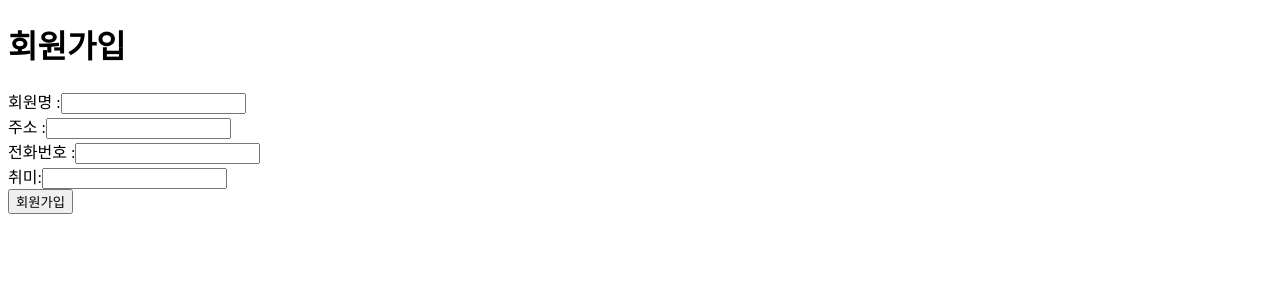
Repository: ssookkdduugg/jsp
Page: http://localhost/Hello/memReg.jsp
These files come from the project's save history. The page is drawn as it stood at one moment and after the next save; the edit follows.
The browser window is 1280 px wide. The pictures show the whole page.
The page is served by Tomcat 9. Other server files are loaded and not shown.

Above is the page before, as saved 2023-09-19 05:21:34.

### Hello/src/main/webapp/memReg.jsp
<%@ page language="java" contentType="text/html; charset=UTF-8"
    pageEncoding="UTF-8"%>
<!DOCTYPE html>
<html>
<head>
<meta charset="UTF-8">
<title>Insert title here</title>
</head>
<body>
	<h1>회원가입</h1>
	<form action="./login2" method="post">
	<tr><th>회원명 :</th><td><input type="text" name="name"></td></tr><br>
	<tr><th>주소 :</th><td><input type="text" name="addr"></td></tr><br>
	<tr><th>전화번호 :</th><td><input type="text" name="num"></td></tr><br>
	<tr><th>취미:</th><td><input type="text" name="hobby"></td></tr><br>
	<tr><td></td><td><input type="submit" value="회원가입"></td></tr>
</table>
</form>
</body>
</html>

After the next save:
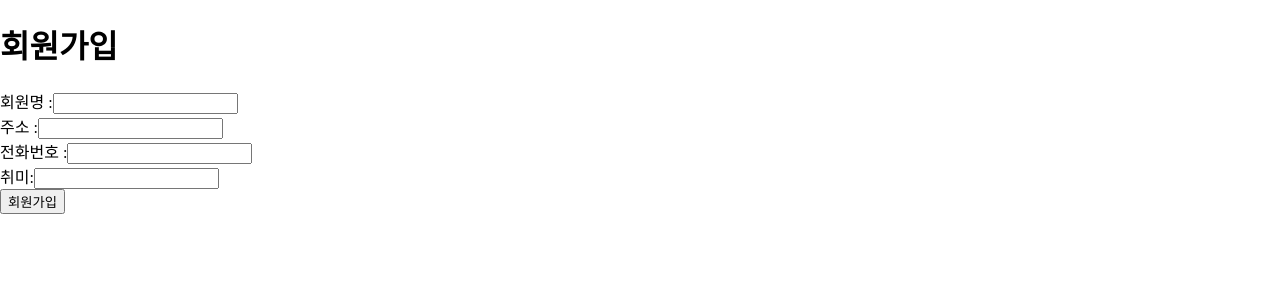
Saved 23 s later.
--- a/Hello/src/main/webapp/memReg.jsp
+++ b/Hello/src/main/webapp/memReg.jsp
@@ -5,6 +5,9 @@
 <head>
 <meta charset="UTF-8">
 <title>Insert title here</title>
+<style>
+		body{margin: auto;}
+</style>
 </head>
 <body>
 	<h1>회원가입</h1>
